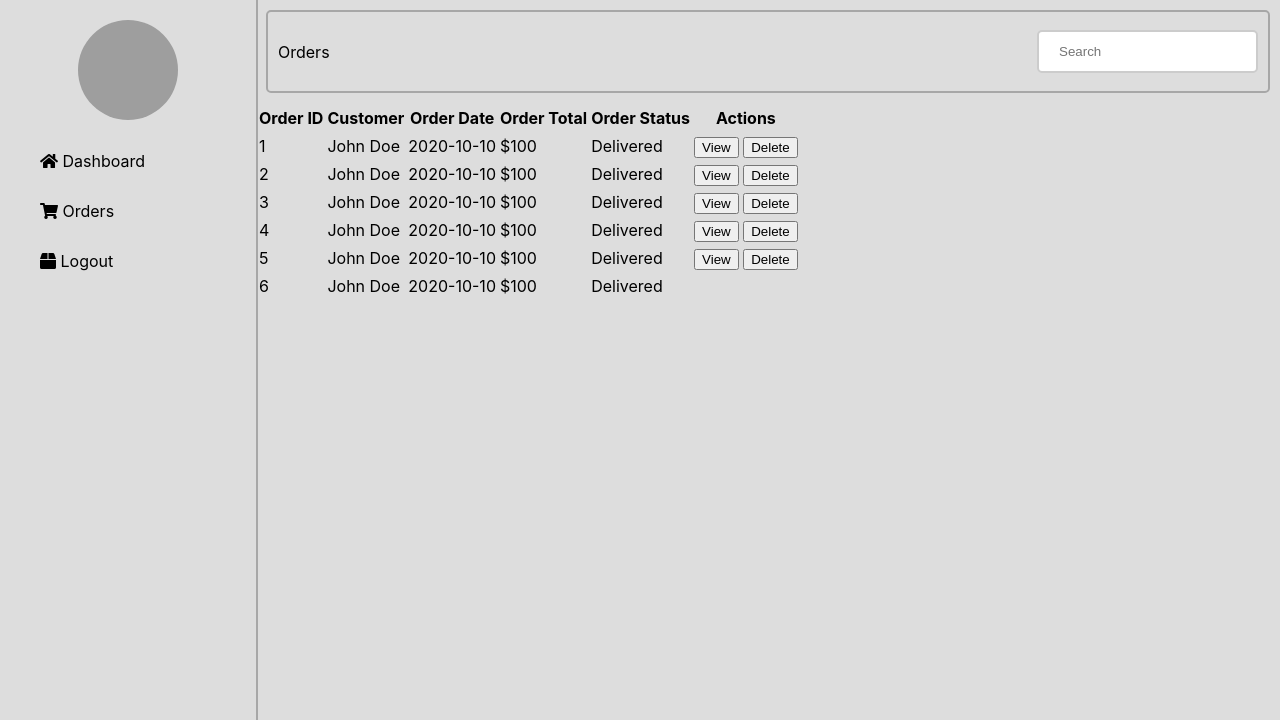
Repository: cjaymoni/FE_Submission02
Page: http://localhost/orders
The author's editor kept a copy of each file at every save. The page is drawn from the files as they stood at one save, then again after the next save.
The browser window is 1280 px wide. The pictures show the whole page.
Pictures or frames that could not be fetched are drawn as grey boxes. Some web libraries are served in a nearby version. The page is run by PHP 8.4 with error messages shown; the project is at /var/www/html/.

Above is the page before, as saved 2022-09-29 15:11:52.

### index.php
<!doctype html>
<html lang="en">
<head>
    <?php include './layout/header.html' ?>
</head>
<body>
<?php
require_once './layout/sidebar.html';

$request = $_SERVER['REQUEST_URI'];

switch ($request) {
        case '/' :
        case '' :
        case '/home' :
            case '/login':
                case '/login/':
        require __DIR__.'/views/login-page/login.html';
        break;


        case '/orders':
        case '/orders/':
        require __DIR__.'/views/orders/orders.html';
        break;

        case '/dashboard':
        case '/dashboard/':
        require __DIR__.'/views/dashboard/dashboard.html';
        break;





        default:
        require __DIR__.'/views/login-page/login.html';
        break;
}
?>

 <?php require_once './layout/footer.html' ?>
</body>
</html>

### layout/header.html
<meta charset="utf-8" />
<meta name="viewport" content="width=device-width, initial-scale=1.0" />

<!-- FavIcon -->
<link rel="icon" type="image/svg+xml" href="assets/Freddys_Logo.svg" />

<!-- CSS -->
<link rel="stylesheet" href="css/styles.css" />

<!-- Font Awesome -->
<link
  rel="stylesheet"
  href="https://use.fontawesome.com/releases/v5.8.1/css/all.css"
/>

<!-- Title -->
<title>Freddy's Shop</title>

### layout/sidebar.html
<aside>
  <div class="sidebar" id="sidebar">
    <div class="profile">
      <img src="assets/Freddys_Logo.svg" alt="Freddys_Logo" />
    </div>
    <ul>
      <li>
        <a href="/dashboard">
          <i class="fas fa-home"></i>
          <span>Dashboard</span>
        </a>
      </li>
      <li>
        <a href="/orders">
          <i class="fas fa-shopping-cart"></i>
          <span>Orders</span>
        </a>
      </li>
      <li>
        <a href="products.html">
          <i class="fas fa-box"></i>
          <span>Logout</span>
        </a>
      </li>
    </ul>
  </div>
</aside>
<script src="js/sidebar-toggle.js"></script>

### views/orders/orders.html
<div class="content">
  <div class="order-header">
    <div class="order-header-text">
      <span>Orders</span>
    </div>
    <div class="order-header-search">
      <input type="text" placeholder="Search" />
    </div>
  </div>

  <div class="order-table">
    <table>
      <thead>
        <tr>
          <th>Order ID</th>
          <th>Customer</th>
          <th>Order Date</th>
          <th>Order Total</th>
          <th>Order Status</th>
          <th>Actions</th>
        </tr>
      </thead>
      <tbody>
        <tr>
          <td>1</td>
          <td>John Doe</td>
          <td>2020-10-10</td>
          <td>$100</td>
          <td>Delivered</td>
          <td>
            <button class="btn btn-primary">View</button>
            <button class="btn btn-danger">Delete</button>
          </td>
        </tr>
        <tr>
          <td>2</td>
          <td>John Doe</td>
          <td>2020-10-10</td>
          <td>$100</td>
          <td>Delivered</td>
          <td>
            <button class="btn btn-primary">View</button>
            <button class="btn btn-danger">Delete</button>
          </td>
        </tr>
        <tr>
          <td>3</td>
          <td>John Doe</td>
          <td>2020-10-10</td>
          <td>$100</td>
          <td>Delivered</td>
          <td>
            <button class="btn btn-primary">View</button>
            <button class="btn btn-danger">Delete</button>
          </td>
        </tr>
        <tr>
          <td>4</td>
          <td>John Doe</td>
          <td>2020-10-10</td>
          <td>$100</td>
          <td>Delivered</td>
          <td>
            <button class="btn btn-primary">View</button>
            <button class="btn btn-danger">Delete</button>
          </td>
        </tr>
        <tr>
          <td>5</td>
          <td>John Doe</td>
          <td>2020-10-10</td>
          <td>$100</td>
          <td>Delivered</td>
          <td>
            <button class="btn btn-primary">View</button>
            <button class="btn btn-danger">Delete</button>
          </td>
        </tr>
        <tr>
          <td>6</td>
          <td>John Doe</td>
          <td>2020-10-10</td>
          <td>$100</td>
          <td>Delivered</td>
          <td
        </tr>
      </tbody>
    </table>
  </div>
</div>

### layout/footer.html
<script
  src="https://code.jquery.com/jquery-3.6.1.min.js"
  integrity="sha256-o88AwQnZB+VDvE9tvIXrMQaPlFFSUTR+nldQm1LuPXQ="
  crossorigin="anonymous"
></script>

### css/styles.css
:root {
    --color-primary: #f00;
    --color-secondary: #0f0;
    --color-tertiary: rgb(0, 110, 255);
    background-color: #dddddd;
    font-family: Inter, Avenir, Helvetica, Arial, sans-serif;
    font-size: 16px;
    line-height: 24px;
    min-width: 100vw;
    min-height: 100vh;
    scroll-behavior: smooth;
}


body {
    overflow-x: hidden;
    height: 100vh;
    width: 100vw;
    margin: 0;
}

.login-div {
    display: flex;
    flex-direction: column;
    justify-content: center;
    align-items: center;
    border: 5px solid rgb(65, 61, 61);
    margin: auto;
    margin-top: 15%;
    width: 50%;
    padding: 5px;


}

.login-head {
    display: flex;
    justify-content: space-between;
    flex-wrap: wrap;
}

.login-img {
    width: 100px;
    height: 100px;
    border-radius: 50%;
    margin: 10px;
}

.login-head-text {
    display: flex;
    justify-content: center;
    align-items: center;
    margin: 10px;
    flex-wrap: wrap;
}

.login-head-img {
    display: flex;
    justify-content: center;
    align-items: center;
    margin: 10px;
}

.login-form {
    display: flex;
    flex-direction: column;
    justify-content: center;
    align-items: center;
    margin: 10px;
    width: 100%;
}



.input-div {
    display: flex;
    flex-direction: column;
    justify-content: center;
    align-items: center;
    margin: 10px;
    width: 100%;
}

input[type=text],
input[type=password] {
    width: 100%;
    padding: 12px 20px;
    margin: 8px 0;
    display: inline-block;
    border: 2px solid #ccc;
    box-sizing: border-box;
    border-radius: 5px;
}

.login-btn {
    width: 100%;
    padding: 10px;
    border: 2px solid #ccc;
    border-radius: 5px;
}


.sidebar {
    background-color: #dddddd;
    position: fixed;
    top: 0;
    left: 0;
    width: 20%;
    height: 100%;
    padding: 20px 0;
    transition: all 0.5s ease;
    border-right: 2px solid rgb(167, 167, 167);

}

.content {
    width: 80%;
    height: 100%;
    float: right;

}


.sidebar .profile img {
    display: block;
    width: 100px;
    height: 100px;
    border-radius: 50%;
    margin: 0 auto;
}

.sidebar ul li {
    list-style: none;

}

.sidebar ul li a {
    display: block;
    padding: 13px 0px;
    /* border-bottom: 1px solid #10558d; */
    color: black;
    font-size: 16px;
    position: relative;
    text-decoration: none;
}

.sidebar ul li a .icon {
    color: black;
    width: 30px;
    display: inline-block;
}


.order-header {
    display: flex;
    justify-content: space-between;
    align-items: center;
    margin: 10px;
    padding: 10px;
    border: 2px solid rgb(167, 167, 167);
    border-radius: 5px;
}

### js/sidebar-toggle.js
const pgUrl = window.location.href.substr(
  window.location.href.lastIndexOf("/") + 1
);
const sdComponent = document.querySelector(".sidebar");
if (pgUrl === "login") {
  sdComponent.style.display = "none";
}

After the next save:
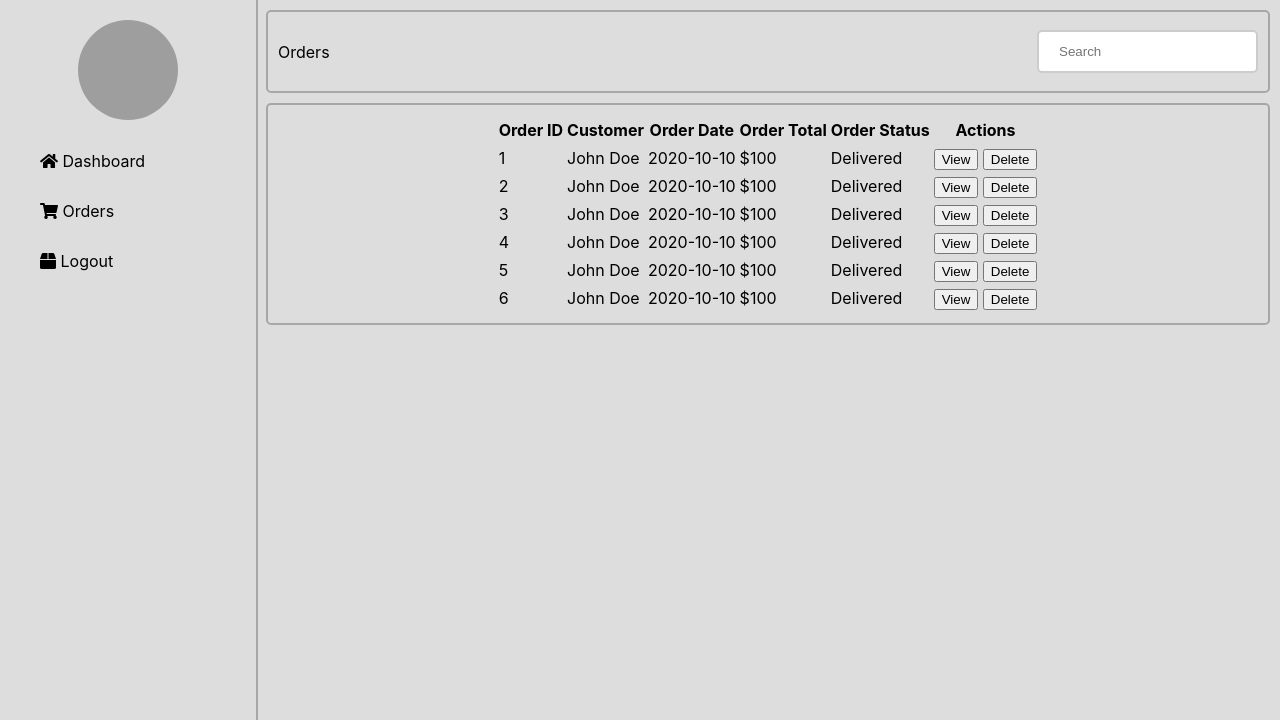
Saved 61 s later.
--- a/views/orders/orders.html
+++ b/views/orders/orders.html
@@ -8,7 +8,7 @@
     </div>
   </div>
 
-  <div class="order-table">
+  <div class="order-table-div">
     <table>
       <thead>
         <tr>
@@ -82,7 +82,10 @@
           <td>2020-10-10</td>
           <td>$100</td>
           <td>Delivered</td>
-          <td
+          <td>
+            <button class="btn btn-primary">View</button>
+            <button class="btn btn-danger">Delete</button>
+          </td>
         </tr>
       </tbody>
     </table>
--- a/css/styles.css
+++ b/css/styles.css
@@ -160,3 +160,14 @@ input[type=password] {
     border: 2px solid rgb(167, 167, 167);
     border-radius: 5px;
 }
+
+.order-table-div {
+    display: flex;
+    justify-content: center;
+    align-items: center;
+    margin: 10px;
+    padding: 10px;
+    border: 2px solid rgb(167, 167, 167);
+    border-radius: 5px;
+
+}
